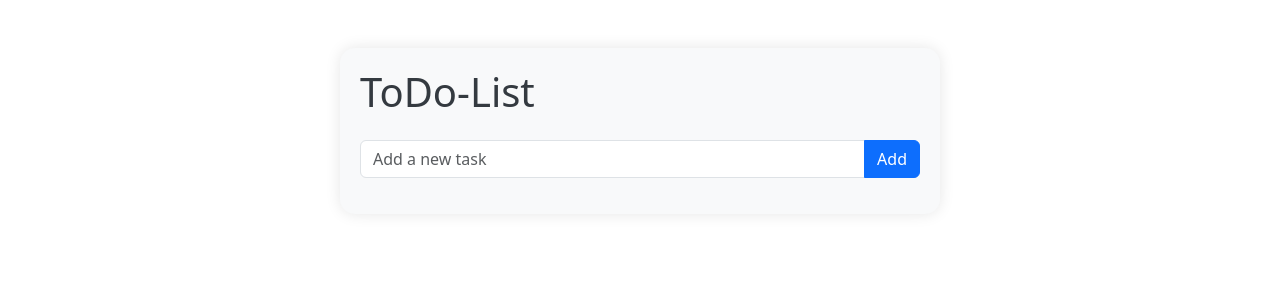
Repository: AkshatKapo/Todolist-React-app
Page: /
An editor plug-in stored every save of this project. The page is shown before and after a run of saves, followed by the edit.
The browser window is 1280 px wide. The pictures show the whole page.
The project was rebuilt for these pictures with package versions that can differ from the ones it lists, and the page was loaded fresh each time. Also part of the build but not shown: vite.config.js, src/App.css, src/index.css.

Above is the page before, as saved 2024-06-20 15:31:01.

After the next 2 saves:
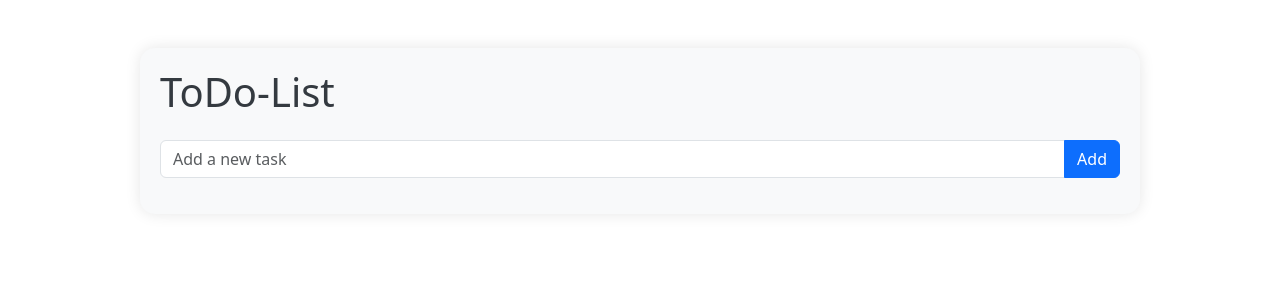
The 2 saves are shown as one change because they came seconds apart.
The last was saved 15 s later.
--- a/src/TodoList.css
+++ b/src/TodoList.css
@@ -1,5 +1,5 @@
 .container {
-    max-width: 600px;
+    max-width: 1000px;
     margin: 0 auto;
     padding: 20px;
     background-color: #f8f9fa;
